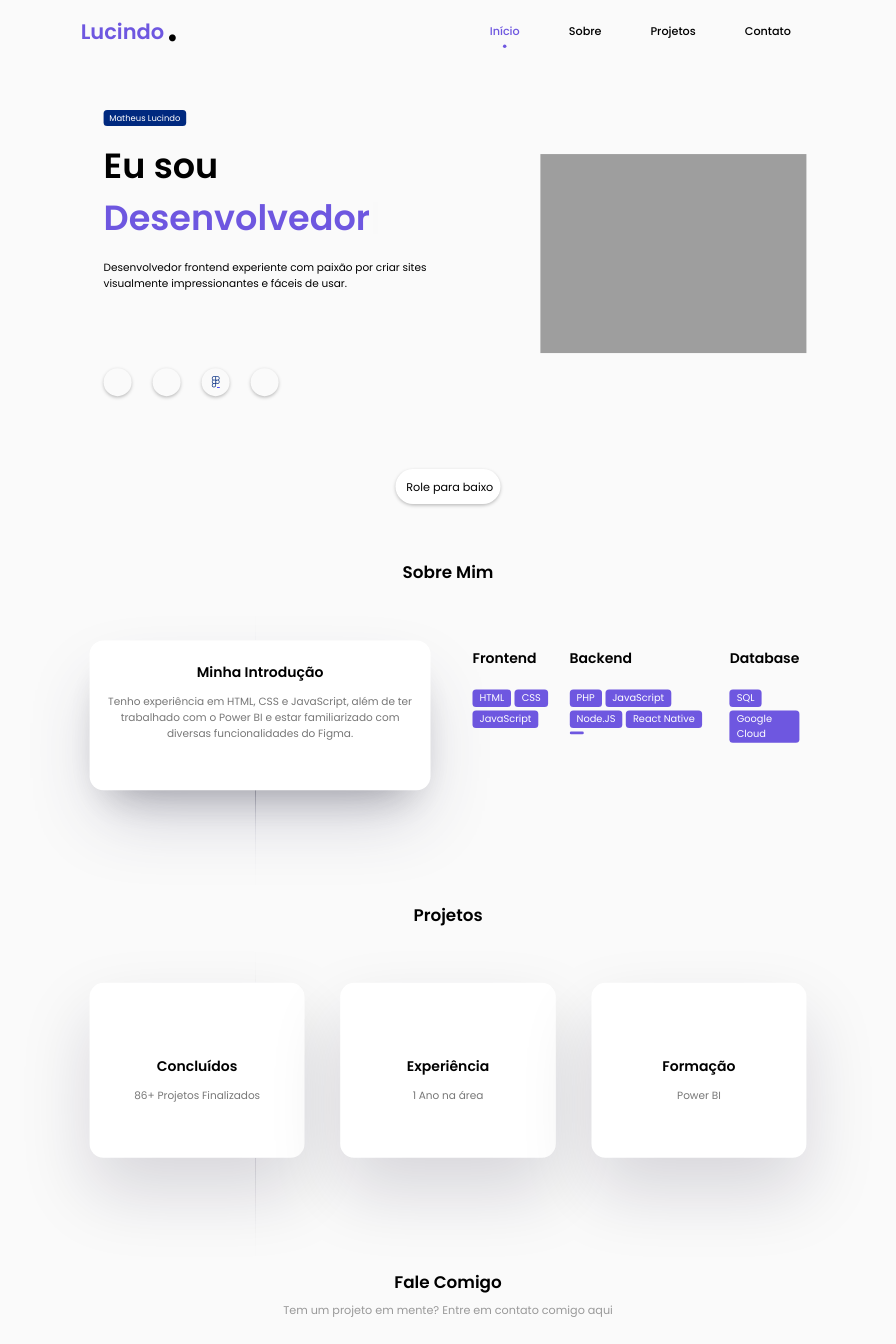
Repository: Matheus904-12/Potif-lioPremium
Page: index.html
An editor plug-in stored every save of this project. The page is shown before and after the next save, followed by the edit.
The browser window is 1280 px wide. The pictures show the part of the page from y = 0 to 1920 px (the page is 2744 px tall), at 70% of full size.
Pictures or frames that could not be fetched are drawn as grey boxes. Some icons come from a web library that is not loaded, so they are not drawn. Some web libraries are served in a nearby version.

Above is the page before, as saved 2024-05-01 19:04:54.

### index.html
<!DOCTYPE html>
<html lang="pt-br">

<head>
    <meta charset="UTF-8">
    <meta name="viewport" content="width=device-width, initial-scale=1.0">

    <!-- UNICONS -->
    <link rel="stylesheet" href="https://unicons.iconscout.com/release/v4.0.8/css/line.css">
    <!-- CSS -->
    <link rel="stylesheet" href="style.css">
    <!-- Add favicon -->
    <link rel="shortcut icon" href="assets/images/favicon.png" type="image/x-icon">

    <script src="https://kit.fontawesome.com/fd29053194.js" crossorigin="anonymous"></script>

    <title>Portfolio | Codingdev</title>
</head>

<body>
    <div class="container">
        <!-- --------------- CABEÇALHO --------------- -->
        <nav id="header">
            <div class="nav-logo">
                <p class="nav-name">Lucindo</p>
                <span>.</span>
            </div>
            <div class="nav-menu" id="myNavMenu">
                <ul class="nav_menu_list">
                    <li class="nav_list">
                        <a href="#home" class="nav-link active-link">Início</a>
                        <div class="circle"></div>
                    </li>
                    <li class="nav_list">
                        <a href="#about" class="nav-link">Sobre</a>
                        <div class="circle"></div>
                    </li>
                    <li class="nav_list">
                        <a href="#projects" class="nav-link">Projetos</a>
                        <div class="circle"></div>
                    </li>
                    <li class="nav_list">
                        <a href="#contact" class="nav-link">Contato</a>
                        <div class="circle"></div>
                    </li>
                </ul>
            </div>
            <div class="nav-menu-btn">
                <i class="uil uil-bars" onclick="myMenuFunction()"></i>
            </div>
        </nav>


        <!-- -------------- PRINCIPAL ---------------- -->
        <main class="wrapper">
            <!-- -------------- DESTAQUE ---------------- -->
            <section class="featured-box" id="home">
                <div class="featured-text">
                    <div class="featured-text-card">
                        <span>Matheus Lucindo</span>
                    </div>
                    <div class="featured-name">
                        <p>Eu sou <span class="typedText"></span></p>
                    </div>
                    <div class="featured-text-info">
                        <p>Desenvolvedor frontend experiente com paixão por criar sites visualmente
                            impressionantes e fáceis de usar.
                        </p>
                    </div>
                    <div class="social_icons">
                        <a href="https://www.instagram.com/matheus_lucindo/" target="_blank" class="icon"><i class="uil uil-instagram"></i></a>
                        <a href="https://www.linkedin.com/in/matheus-lucindo-b35b68190/" target="_blank" class="icon"><i class="uil uil-linkedin-alt"></i></a>
                        <a href="https://www.figma.com/@myprojets" target="_blank" class="icon"><i class="fa-brands fa-figma" style="color: #00297f;"></i></a>
                        <a href="https://github.com/Matheus904-12" target="_blank" class="icon"><i class="uil uil-github-alt"></i></a>
                    </div>
                </div>
                <div class="featured-image">
                    <div class="image">
                        <img src="eu.jpg" alt="avatar">
                    </div>
                </div>
                <div class="scroll-icon-box">
                    <a href="#about" class="scroll-btn">
                        <i class="uil uil-mouse-alt"></i>
                        <p>Role para baixo</p>
                    </a>
                </div>

            </section>
            <!-- -------------- SOBRE ---------------- -->
            <section class="section" id="about">
                <div class="top-header">
                    <h1>Sobre Mim</h1>
                </div>
                <div class="row">
                    <div class="col">
                        <div class="about-info">
                            <h3>Minha Introdução</h3>
                            <p><p>Tenho experiência em HTML, CSS e JavaScript, além de ter trabalhado com o Power BI e estar familiarizado com diversas funcionalidades do Figma.</p>
                            </p>

                        </div>
                    </div>
                    <div class="col">
                        <div class="skills-box">
                            <div class="skills-header">
                                <h3>Frontend</h3>
                            </div>
                            <div class="skills-list">
                                <span>HTML</span>
                                <span>CSS</span>
                                <span>JavaScript</span>
                            </div>
                        </div>
                        <div class="skills-box">
                            <div class="skills-header">
                                <h3>Backend</h3>
                            </div>
                            <div class="skills-list">
                                <span>PHP</span>
                                <span>JavaScript</span>
                                <span>Node.JS</span>
                                <span>React Native</span>
                                <span></span>
                            </div>
                        </div>
                        <div class="skills-box">
                            <div class="skills-header">
                                <h3>Database</h3>
                            </div>
                            <div class="skills-list">
                                <span>SQL</span>
                                <span>Google Cloud</span>
                            </div>
                        </div>
                    </div>
                </div>
            </section>

            <!-- -------------- PROJETOS ---------------- -->

            <section class="section" id="projects">
                <div class="top-header">
                    <h1>Projetos</h1>
                </div>
                <div class="project-container">
                    <div class="project-box">
                        <i class="uil uil-briefcase-alt"></i>
                        <h3>Concluídos</h3>
                        <label>86+ Projetos Finalizados</label>
                    </div>
                    <div class="project-box">
                        <i class="uil uil-award"></i>
                        <h3>Experiência</h3>
                        <label>1 Ano na área</label>
                    </div>
                    <div class="project-box">
                        <i class="uil uil-award"></i>
                        <h3>Formação</h3>
                        <label>Power BI</label>
                    </div>
                </div>
            </section>

            <!-- -------------- CONTATO ---------------- -->

            <section class="section" id="contact">
                <div class="top-header">
                    <h1>Fale Comigo</h1>
                    <span>Tem um projeto em mente? Entre em contato comigo aqui</span>
                </div>
                <div class="row">
                    <div class="col">
                        <div class="contact-info">
                            <h2>Me Encontre <i class="uil uil-corner-right-down"></i></h2>
                            <p><i class="uil uil-envelope"></i> Email: matheuslucindo904@gmail.com</p>
                            <p><i class="uil uil-phone"></i> +55 11 97166-6817</p>
                        </div>
                    </div>
                    <div class="col">
                        <div class="form-control">
                            <div class="form-inputs">
                                <input type="text" class="input-field" placeholder="Nome">
                                <input type="text" class="input-field" placeholder="Email">
                            </div>
                            <div class="text-area">
                                <textarea placeholder="Mensagem"></textarea>
                            </div>
                            <div class="form-button">
                                <button class="btn">Enviar <i class="uil uil-message"></i></button>
                            </div>
                        </div>
                    </div>
                </div>
            </section>

        </main>


        <!-- --------------- RODAPÉ --------------- -->
        <footer>
            <div class="top-footer">
                <p>Matheus Lucindo .</p>
            </div>
            <div class="middle-footer">
                <ul class="footer-menu">
                    <li class="footer_menu_list">
                        <a href="#home">Início</a>
                    </li>
                    <li class="footer_menu_list">
                        <a href="#about">Sobre</a>
                    </li>
                    <li class="footer_menu_list">
                        <a href="#projects">Projetos</a>
                    </li>
                    <li class="footer_menu_list">
                        <a href="#contact">Contato</a>
                    </li>
                </ul>
            </div>
            <div class="footer-social-icons">
                <div class="icon"><a href="https://www.instagram.com/matheus_lucindo/" target="_blank"><i class="uil uil-instagram"></i></a></div>
                <div class="icon"><a href="https://www.linkedin.com/in/matheus-lucindo-b35b68190/" target="_blank"><i class="uil uil-linkedin-alt"></i></a></div>
                <a href="https://www.figma.com/@myprojets" target="_blank" class="icon"><i class="fa-brands fa-figma" style="color: #00297f;"></i></a>
                <div class="icon"><a href="https://github.com/Matheus904-12" target="_blank"><i class="uil uil-github-alt"></i></a></div>
            </div>
            <div class="bottom-footer">
                <p>Direitos Autorais &copy; <a href="#home" style="text-decoration: none;">Matheus Lucindo</a> - Todos os direitos
                    reservados
                </p>
            </div>
        </footer>

    </div>

    <!-- ----- TYPING JS Link ----- -->
    <script src="https://unpkg.com/typed.js@2.0.16/dist/typed.umd.js"></script>

    <!-- ----- SCROLL REVEAL JS Link----- -->
    <script src="https://unpkg.com/scrollreveal"></script>

    <!-- ----- MAIN JS ----- -->
    <script src="script.js"></script>
</body>

</html>

### style.css
/* ----- POPPINS FONT Link ----- */
@import url('https://fonts.googleapis.com/css2?family=Poppins:wght@400;500;600;700&display=swap');

/* ----- VARIABLES ----- */
:root{
    --body-color: #fafafa;
    --color-white: #ffffff;

    --text-color-second: #000000;
    --text-color-third: #6e57e0;

    --first-color: rgb(110, 87, 224);
    --first-color-hover: rgb(40, 91, 212);

    --second-color: #6e57e0;
    --third-color: #00297f;
    --first-shadow-color: rgba(0, 0, 0, 0.1);

}

/* ----- BASE ----- */
*{
    margin: 0;
    padding: 0;
    box-sizing: border-box;
    font-family: 'Poppins', sans-serif;
}

/* ----- SMOOTH SCROLL ----- */
html{
    scroll-behavior: smooth;
}

/* ----- CHANGE THE SCROLL BAR DESIGN ----- */
::-webkit-scrollbar{
    width: 10px;
    border-radius: 25px;
}
::-webkit-scrollbar-track{
    background: #f1f1f1;
}
::-webkit-scrollbar-thumb{
    background: #ccc;
    border-radius: 30px;
}
::-webkit-scrollbar-thumb:hover{
    background: #bbb;
}


/* ---##-- REUSABLE CSS --##--- */

/* ----- GLOBAL BUTTON DESIGN ----- */
.btn{
    font-weight: 500;
    padding: 12px 20px;
    background: #efefef;
    border: none;
    border-radius: 10px;
    cursor: pointer;
    transition: .4s;
}
.btn>i{
    margin-left: 10px;
}
.btn:hover{
    background: var(--second-color);
    color: var(--color-white);
}

/* ----- GLOBAL ICONS DESIGN ----- */
i{
    font-size: 16px;
}

/* ------- BASE -------- */
body{
    background: var(--body-color);
}
.container{
    width: 100%;
    position: relative;
    overflow-x: hidden; /* not mandatory */
}

/* ----- NAVIGATION BAR ----- */
nav{
    position: fixed;
    display: flex;
    justify-content: space-between;
    width: 100%;
    height: 90px;
    line-height: 90px;
    background: var(--body-color);
    padding-inline: 9vw;
    transition: .3s;
    z-index: 100;
}
.nav-logo{
   position: relative;
}
.nav-name{
    font-size: 30px;
    font-weight: 600;
    color: var(--text-color-third);
}
.nav-logo span{
    position: absolute;
    top: -15px;
    right: -20px;
    font-size: 5em;
    color: var(--text-color-second);
}
.nav-menu, .nav_menu_list{
    display: flex;
}
.nav-menu .nav_list{
    list-style: none;
    position: relative;
}
.nav-link{
    text-decoration: none;
    color: var(--text-color-second);
    font-weight: 500;
    padding-inline: 15px;
    margin-inline: 20px;
}
.nav-menu-btn{
    display: none;
}
.nav-menu-btn i{
    font-size: 28px;
    cursor: pointer;
}
.active-link{
    position: relative;
    color: var(--first-color);
    transition: .3;
}
.active-link::after{
    content: '';
    position: absolute;
    left: 50%;
    bottom: -15px;
    transform: translate(-50%, -50%);
    width: 5px;
    height: 5px;
    background: var(--first-color);
    border-radius: 50%;
}


/* ----- WRAPPER DESIGN ----- */
.wrapper{
    padding-inline: 10vw;
}

/* ----- FEATURED BOX ----- */
.featured-box{
    position: relative;
    display: flex;
    height: 100vh;
    min-height: 700px;
}

/* ----- FEATURED TEXT BOX ----- */
.featured-text{
    position: relative;
    display: flex;
    justify-content: center;
    align-content: center;
    min-height: 80vh;
    flex-direction: column;
    width: 50%;
    padding-left: 20px;
}
.featured-text-card span{
    background: var(--third-color);
    color: var(--color-white);
    padding: 3px 8px;
    font-size: 12px;
    border-radius: 5px;
}
.featured-name{
    font-size: 50px;
    font-weight: 600;
    color: var(--text-color-second);
    margin-block: 20px;
}
.typedText{
    text-transform: capitalize;
    color: var(--text-color-third);
}
.featured-text-info{
    font-size: 15px;
    margin-bottom: 30px;
    color: var(--text-color-second);
}
.featured-text-btn{
    display: flex;
    gap: 20px;
}
.featured-text-btn>.blue-btn{
    background: var(--first-color);
    color: var(--color-white);
}
.featured-text-btn>.blue-btn:hover{
    background: var(--first-color-hover);
}
.social_icons{
    display: flex;
    margin-top: 5em;
    gap: 30px;
}
.icon{
    display: flex;
    justify-content: center;
    align-items: center;
    width: 40px;
    height: 40px;
    border-radius: 50%;
    box-shadow: 0px 2px 5px 0px rgba(0, 0, 0, 0.25);
    cursor: pointer;
}
.icon:hover{
    color: var(--first-color);
}

/* ----- FEATURED IMAGE BOX ----- */
.featured-image{
    display: flex;
    justify-content: right;
    align-content: center;
    min-height: 80vh;
    width: 50%;
}
.image{
    margin: auto 0;
    width: 380px;
    height: 380px;
    animation: imgFloat 7s ease-in-out infinite;
}
.image img{
    width: 380px;
    height: 380px;
    object-fit: contain;
}
@keyframes imgFloat {
    50%{
        transform: translateY(10px);
    }
}
.scroll-btn{
   position: absolute;
   bottom: 0;
   left: 50%;
   translate: -50%;
   display: flex;
   justify-content: center;
   align-items: center;
   width: 150px;
   height: 50px;
   gap: 5px;
   text-decoration: none;
   color: var(--text-color-second);
   background: var(--color-white);
   border-radius: 30px;
   box-shadow: 0 2px 5px 0 rgba(0, 0, 0, 0.25);
}
.scroll-btn i{
    font-size: 20px;
}

/* ----- MAIN BOX ----- */
.section{
    padding-block: 5em;
}
.row{
    display: flex;
    justify-content: space-between;
    width: 100%;
    gap: 50px;
}
.col{
    display: flex;
    width: 50%;
}

/* -- ## --- RESUABLE CSS -- ## -- */
.top-header{
    text-align: center;
    margin-bottom: 5em;
}
.top-header h1{
    font-weight: 600;
    color: var(--text-color-second);
    margin-bottom: 10px;
}
.top-header span{
    color: #999;
}
h3{
    font-size: 20px;
    font-weight: 600;
    color: var(--text-color-second);
    margin-bottom: 15px;
}

/* ----- ABOUT INFO ----- */
.about-info{
    position: relative;
    display: flex;
    align-items: center;
    flex-direction: column;
    padding-block: 30px 70px;
    padding-inline: 20px;
    width: 100%;
    background: var(--color-white);
    box-shadow: rgba(50, 50, 93, 0.25) 0px 50px 100px -20px, rgba(0, 0, 0, 0.3) 0px 30px 60px -30px;
    border-radius: 20px;
}
.about-info p{
    text-align: center;
    font-size: 15px;
    color: #777;
}
.about-btn button{
    position: absolute;
    right: 20px;
    bottom: 20px;
    background: var(--first-color);
    color: var(--color-white);
    border-radius: 30px;
}
.about-btn button:hover{
    background: var(--first-color-hover);
}

/* ----- ABOUT / SKILLS BOX ----- */
.skills-box{
    margin: 10px;
}
.skills-header{
    margin-bottom: 30px;
}
.skills-list{
    display: flex;
    flex-wrap: wrap;
    gap: 5px;
}
.skills-list span{
    font-size: 14px;
    background: var(--first-color);
    color: var(--color-white);
    padding: 2px 10px;
    border-radius: 5px;
}

/* ----- PROJECTS BOX ----- */
.project-container{
    display: flex;
    width: 100%;
    justify-content: space-between;
    gap: 20px;
    flex-wrap: wrap;
}
.project-box{
    position: relative;
    display: flex;
    justify-content: center;
    align-items: center;
    flex-direction: column;
    width: 30%;
    height: 250px;
    background: var(--color-white);
    border-radius: 20px;
    box-shadow: rgba(17, 12, 46, 0.15) 0px 48px 100px 0px;
    overflow: hidden;
}
.project-box>i{
    font-size: 50px;
    color: #00B5E7;
    margin-bottom: 25px;
}
.project-box label{
    font-size: 15px;
    color: #777;
}
.project-box::after, .contact-info::after{
    content: "";
    position: absolute;
    bottom: -100%;
    background: var(--second-color);
    width: 100%;
    height: 100%;
    transition: .4s;
    z-index: 1;
}
.project-box:hover.project-box::after,
.contact-info:hover.contact-info::after{
    bottom: 0;
}
.project-box:hover.project-box i,
.project-box:hover.project-box>h3,
.project-box:hover.project-box>label{
    color: var(--color-white);
    z-index: 2;
}

/* ----- CONTACT BOX ----- */
.contact-info{
    position: relative;
    display: flex;
    flex-direction: column;
    justify-content: center;
    align-items: center;
    padding: 20px 30px;
    width: 100%;
    height: 315px;
    background: var(--second-color);
    border-radius: 10px;
    box-shadow: 1px 8px 10px 2px var(--first-shadow-color);
    overflow: hidden;
}
.contact-info>h2{
    color: var(--color-white);
    margin-bottom: 20px;
}
.contact-info>p{
    display: flex;
    align-items: center;
    gap: 10px;
    color: var(--color-white);
    margin-block: 5px;
}
.contact-info p>i{
    font-size: 18px;
}
.contact-info::after{
    background: var(--color-white);
}
.contact-info:hover.contact-info h2,
.contact-info:hover.contact-info p,
.contact-info:hover.contact-info i{
    color: #777;
    z-index: 2;
}

/* ----- CONTACT FORM ----- */
.form-control{
    display: flex;
    flex-direction: column;
    gap: 10px;
    width: 100%;
}
.form-inputs{
    display: flex;
    gap: 10px;
    width: 100%;
}
.input-field{
    width: 50%;
    height: 55px;
    background: transparent;
    border: 2px solid #AAA;
    border-radius: 10px;
    padding-inline: 20px;
    outline: none;
}
textarea{
    width: 100%;
    height: 250px;
    background: transparent;
    border: 2px solid #AAA;
    border-radius: 10px;
    padding: 15px 20px;
    outline: none;
    resize: none;
}
.form-button>.btn{
    display: flex;
    align-items: center;
    justify-content: center;
    background: var(--second-color);
    color: var(--color-white);
}
.form-button>.btn:hover{
    background: #00B5E7;
}
.form-button i{
    font-size: 18px;
    rotate: -45deg;
}

/* ----- FOOTER BOX ----- */
footer{
    display: flex;
    justify-content: center;
    align-items: center;
    flex-direction: column;
    row-gap: 30px;
    background: #F8F8F8;
    padding-block: 40px 60px;
}
.top-footer p{
    font-size: 25px;
    font-weight: 600;
}
.middle-footer .footer-menu{
    display: flex;
}
.footer_menu_list{
    list-style: none;
}
.footer_menu_list a{
    text-decoration: none;
    color: var(--text-color-second);
    font-weight: 500;
    margin-inline: 20px;
}
.footer-social-icons{
    display: flex;
    gap: 30px;
}
.bottom-footer{
    font-size: 14px;
    margin-top: 10px;
}


/* ----- MEDIA QUERY == 1024px / RESPONSIVE ----- */
@media only screen and (max-width: 1024px){
    .featured-text{
        padding: 0;
    }
    .image, .image img{
        width: 320px;
        height: 320px;
    }
}

/* ----- MEDIA QUERY == 900px / RESPONSIVE ----- */
@media only screen and (max-width: 900px) {
    .nav-button{
        display: none;
    }
    .nav-menu.responsive{
        left: 0;
    }
    .nav-menu{
        position: fixed;
        top: 80px;
        left: -100%;
        flex-direction: column;
        justify-content: center;
        align-items: center;
        background: rgba(255, 255, 255, 0.7);
        backdrop-filter: blur(20px);
        width: 100%;
        min-height: 450px;
        height: 90vh;
        transition: .3s;
    }
    .nav_menu_list{
        flex-direction: column;
    }
    .nav-menu-btn{
        display: flex;
        align-items: center;
        justify-content: center;
    }
    .featured-box{
        flex-direction: column;
        justify-content: center;
        height: 100vh;
    }
    .featured-text{
        width: 100%;
        order: 2;
        justify-content: center;
        align-content: flex-start;
        min-height: 60vh;
    }
    .social_icons{
        margin-top: 2em;
    }
    .featured-image{
        order: 1;
        justify-content: center;
        min-height: 150px;
        width: 100%;
        margin-top: 65px;
    }
    .image, .image img{
        width: 150px;
        height: 150px;
    }
    .row{
        display: flex;
        flex-direction: column;
        justify-content: center;
        gap: 50px;
    }
    .col{
        display: flex;
        justify-content: center;
        width: 100%;
    }
    .about-info, .contact-info{
        width: 100%;
    }
    .project-container{
        justify-content: center;
    }
    .project-box{
        width: 80%;
    }

}

/* ----- MEDIA QUERY == 540px / RESPONSIVE ----- */

@media only screen and (max-width: 540px){
    .featured-name{
        font-size: 40px;
    }
    .project-box{
        width: 100%;
    }
    .form-inputs{
        flex-direction: column;
    }
    .input-field{
        width: 100%;
    }
}

Loaded but not shown: script.js (117 lines, source omitted)

After the next save:
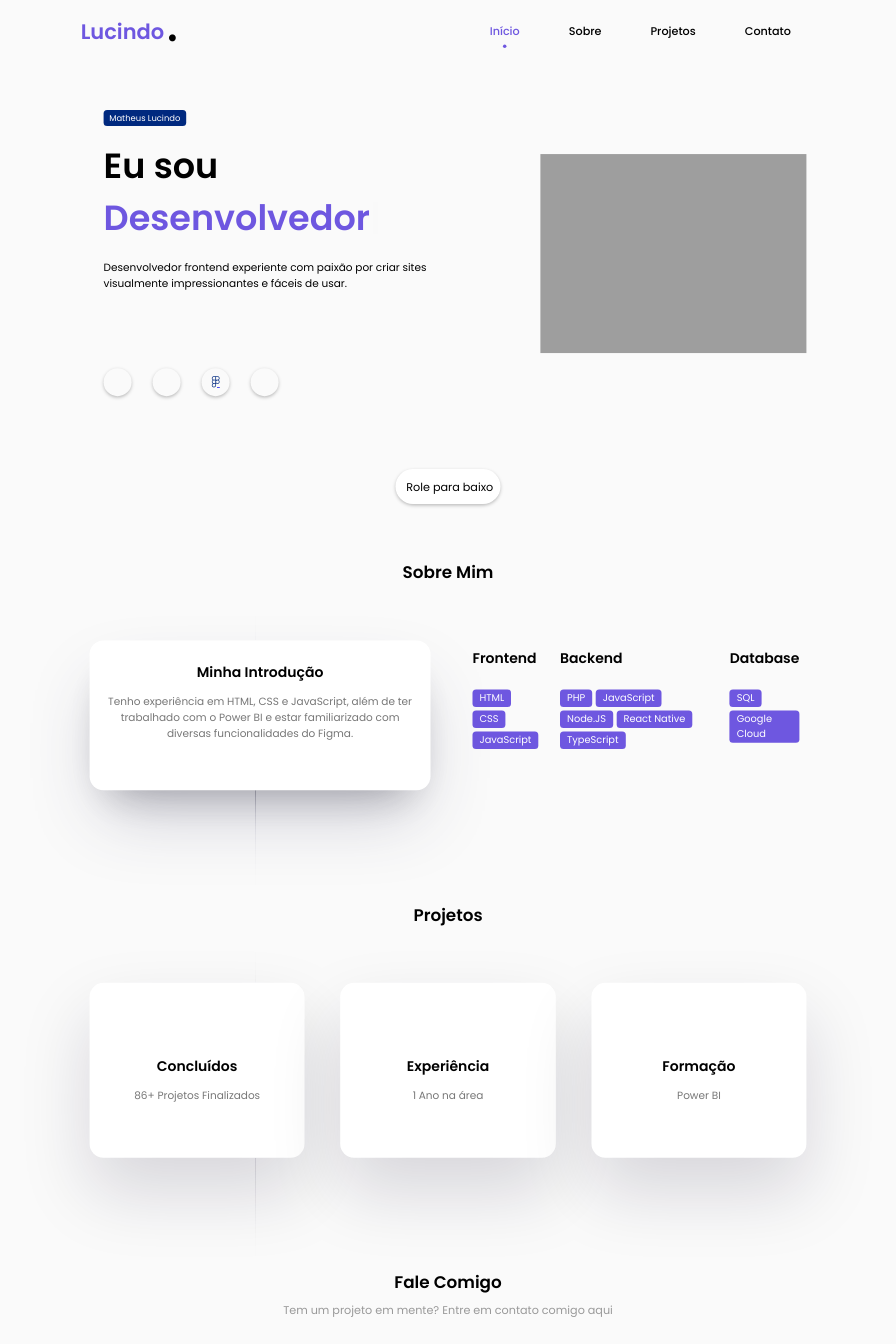
Saved 6 s later.
--- a/index.html
+++ b/index.html
@@ -121,7 +121,7 @@
                                 <span>JavaScript</span>
                                 <span>Node.JS</span>
                                 <span>React Native</span>
-                                <span></span>
+                                <span>TypeScript</span>
                             </div>
                         </div>
                         <div class="skills-box">
